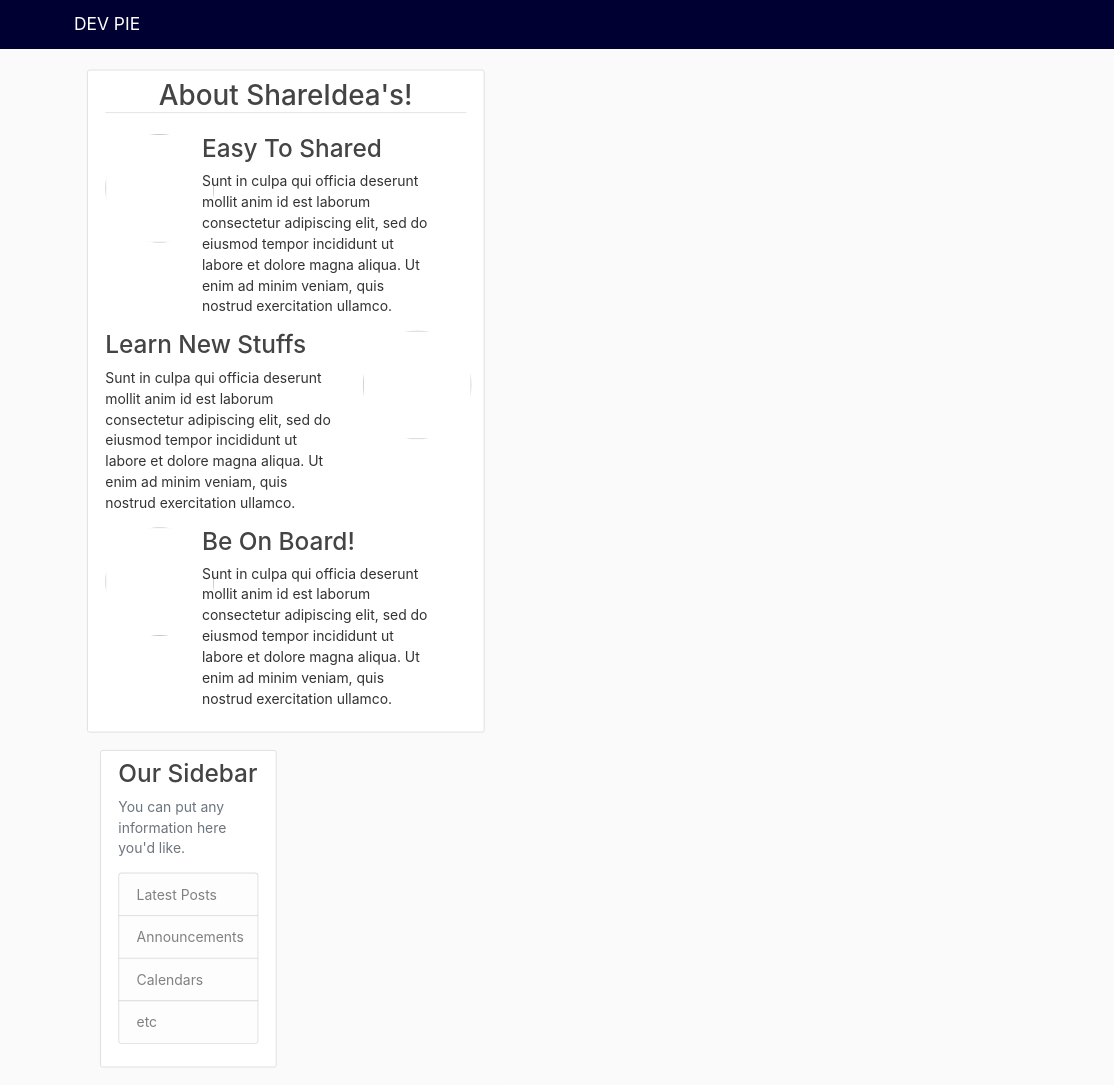
Repository: marstangg/Digitalblog
Page: http://localhost/about
The author's editor kept a record of every edit. The page is drawn from the files as they stood at one moment, then again after the next edit.
The browser window is 1280 px wide. The pictures show the whole page, at 87% of full size.
Some web libraries are served in a nearby version. The page is served by the project's application, run on Flask 3 (flaskblog/__init__.py). Other server files are loaded and not shown.

Above is the page before.
Not found: static/images/board.jpg
Not found: static/images/images.jpg
Not found: static/images/stuffs.jpg

### flaskblog/templates/about.html
{% extends "layout.html" %}
{% block content %}

 <div class="container">
    	<div class="row">
    		<div class="col-md-8">
    			<div class="content-section">
    				<div class="page-header">
    					<h2 class="text-center border-bottom mb-4">About ShareIdea's!</h2>
    				</div>
    				<div class="row">
    					<div class="col-md-3">
    						<img class="rounded-circle account-img" src="{{ url_for('static', filename='images/images.jpg') }}">
    					</div>
    					<div class="col-md-8">
    						<h3>Easy To Shared</h3>
    						<p>
    							Sunt in culpa qui officia deserunt mollit anim id est laborum consectetur adipiscing elit, sed do eiusmod tempor incididunt ut labore et dolore magna aliqua. Ut enim ad minim veniam, quis nostrud exercitation ullamco.
    						</p>
    					</div>
    				</div>

    				<div class="row">
    					<div class="col-md-8">
    						<h3>Learn New Stuffs</h3>
    						<p>
    							Sunt in culpa qui officia deserunt mollit anim id est laborum consectetur adipiscing elit, sed do eiusmod tempor incididunt ut labore et dolore magna aliqua. Ut enim ad minim veniam, quis nostrud exercitation ullamco.
    						</p>
    					</div>
    					<div class="col-md-3">
    						<img class="rounded-circle account-img" src="{{ url_for('static', filename='images/stuffs.jpg') }}">
    					</div>
    				</div>

    				<div class="row">
    					<div class="col-md-3">
    						<img class="rounded-circle account-img" src="{{ url_for('static', filename='images/board.jpg') }}">
    					</div>
    					<div class="col-md-8">
    						<h3>Be On Board!</h3>
    						<p>
    							Sunt in culpa qui officia deserunt mollit anim id est laborum consectetur adipiscing elit, sed do eiusmod tempor incididunt ut labore et dolore magna aliqua. Ut enim ad minim veniam, quis nostrud exercitation ullamco.
    						</p>
    					</div>
    				</div>
    			</div>
    		</div>

{% endblock content %}

### flaskblog/templates/layout.html
<!DOCTYPE html>
<html>
<head>
    <!-- Required meta tags -->
    <meta charset="utf-8">
    <meta name="viewport" content="width=device-width, initial-scale=1, shrink-to-fit=no">

    <!-- Bootstrap CSS -->
    <link rel="stylesheet" href="https://maxcdn.bootstrapcdn.com/bootstrap/4.0.0/css/bootstrap.min.css" integrity="sha384-Gn5384xqQ1aoWXA+058RXPxPg6fy4IWvTNh0E263XmFcJlSAwiGgFAW/dAiS6JXm" crossorigin="anonymous">

    <link rel="stylesheet" type="text/css" href="{{ url_for('static', filename='main.css') }}">

    {% if title %}
        <title>Flask Blog - {{ title }}</title>
    {% else %}
        <title>Flask Blog</title>
    {% endif %}
</head>
<body>
    <header class="site-header">
      <nav class="navbar navbar-expand-md navbar-dark bg-steel fixed-top">
        <div class="container">
          <a class="navbar-brand mr-4" href="/"> DEV PIE </a>
          <button class="navbar-toggler" type="button" data-toggle="collapse" data-target="#navbarToggle" aria-controls="navbarToggle" aria-expanded="false" aria-label="Toggle navigation">
            <span class="navbar-toggler-icon"></span>
          </button>
          <div class="collapse navbar-collapse" id="navbarToggle">
            <div class="navbar-nav mr-auto">
              <a class="nav-item nav-link" href="{{ url_for('home') }}">Home</a>
              <a class="nav-item nav-link" href="{{ url_for('about') }}">About</a>
            </div>
            <!-- Navbar Right Side -->
            <div class="navbar-nav">
              {% if current_user.is_authenticated %}
                <a class="nav-item nav-link" href="{{ url_for('new_post') }}">New Post</a>
                <a class="nav-item nav-link" href="{{ url_for('account') }}">Account</a>
                <a class="nav-item nav-link" href="{{ url_for('logout') }}">Logout</a>
              {% else %}
                <a class="nav-item nav-link" href="{{ url_for('login') }}">Login</a>
                <a class="nav-item nav-link" href="{{ url_for('register') }}">Register</a>
              {% endif %}
            </div>
          </div>
        </div>
      </nav>
    </header>
    <main role="main" class="container">
      <div class="row">
        <div class="col-md-8">
          {% with messages = get_flashed_messages(with_categories=true) %}
            {% if messages %}
              {% for category, message in messages %}
                <div class="alert alert-{{ category }}">
                  {{ message }}
                </div>
              {% endfor %}
            {% endif %}
          {% endwith %}
          {% block content %}{% endblock %}
        </div>
        <div class="col-md-4">
          <div class="content-section">
            <h3>Our Sidebar</h3>
            <p class='text-muted'>You can put any information here you'd like.
              <ul class="list-group">
                <li class="list-group-item list-group-item-light">Latest Posts</li>
                <li class="list-group-item list-group-item-light">Announcements</li>
                <li class="list-group-item list-group-item-light">Calendars</li>
                <li class="list-group-item list-group-item-light">etc</li>
              </ul>
            </p>
          </div>
        </div>
      </div>
    </main>


    <!-- Optional JavaScript -->
    <!-- jQuery first, then Popper.js, then Bootstrap JS -->
    <script src="https://code.jquery.com/jquery-3.2.1.slim.min.js" integrity="sha384-KJ3o2DKtIkvYIK3UENzmM7KCkRr/rE9/Qpg6aAZGJwFDMVNA/GpGFF93hXpG5KkN" crossorigin="anonymous"></script>
    <script src="https://cdnjs.cloudflare.com/ajax/libs/popper.js/1.12.9/umd/popper.min.js" integrity="sha384-ApNbgh9B+Y1QKtv3Rn7W3mgPxhU9K/ScQsAP7hUibX39j7fakFPskvXusvfa0b4Q" crossorigin="anonymous"></script>
    <script src="https://maxcdn.bootstrapcdn.com/bootstrap/4.0.0/js/bootstrap.min.js" integrity="sha384-JZR6Spejh4U02d8jOt6vLEHfe/JQGiRRSQQxSfFWpi1MquVdAyjUar5+76PVCmYl" crossorigin="anonymous"></script>
</body>
</html>

### flaskblog/routes.py
import os
import secrets
from PIL import Image
from flask import render_template, url_for, flash, redirect, request, abort
from flaskblog import app, db, bcrypt
from flaskblog.forms import RegistrationForm, LoginForm, UpdateAccountForm, PostForm
from flaskblog.models import User, Post
from flask_login import login_user, current_user, logout_user, login_required


@app.route("/")
@app.route("/home")
def home():
    posts = Post.query.all()
    return render_template('home.html', posts=posts)


@app.route("/about")
def about():
    return render_template('about.html', title='About')


@app.route("/register", methods=['GET', 'POST'])
def register():
    if current_user.is_authenticated:
        return redirect(url_for('home'))
    form = RegistrationForm()
    if form.validate_on_submit():
        hashed_password = bcrypt.generate_password_hash(form.password.data).decode('utf-8')
        user = User(username=form.username.data, email=form.email.data, password=hashed_password)
        db.session.add(user)
        db.session.commit()
        flash('Your account has been created! You are now able to log in', 'success')
        return redirect(url_for('login'))
    return render_template('register.html', title='Register', form=form)


@app.route("/login", methods=['GET', 'POST'])
def login():
    if current_user.is_authenticated:
        return redirect(url_for('home'))
    form = LoginForm()
    if form.validate_on_submit():
        user = User.query.filter_by(email=form.email.data).first()
        if user and bcrypt.check_password_hash(user.password, form.password.data):
            login_user(user, remember=form.remember.data)
            next_page = request.args.get('next')
            return redirect(next_page) if next_page else redirect(url_for('home'))
        else:
            flash('Login Unsuccessful. Please check email and password', 'danger')
    return render_template('login.html', title='Login', form=form)


@app.route("/logout")
def logout():
    logout_user()
    return redirect(url_for('home'))


def save_picture(form_picture):
    random_hex = secrets.token_hex(8)
    _, f_ext = os.path.splitext(form_picture.filename)
    picture_fn = random_hex + f_ext
    picture_path = os.path.join(app.root_path, 'static/profile_pics', picture_fn)

    output_size = (125, 125)
    i = Image.open(form_picture)
    i.thumbnail(output_size)
    i.save(picture_path)

    return picture_fn


@app.route("/account", methods=['GET', 'POST'])
@login_required
def account():
    form = UpdateAccountForm()
    if form.validate_on_submit():
        if form.picture.data:
            picture_file = save_picture(form.picture.data)
            current_user.image_file = picture_file
        current_user.username = form.username.data
        current_user.email = form.email.data
        db.session.commit()
        flash('Your account has been updated!', 'success')
        return redirect(url_for('account'))
    elif request.method == 'GET':
        form.username.data = current_user.username
        form.email.data = current_user.email
    image_file = url_for('static', filename='profile_pics/' + current_user.image_file)
    return render_template('account.html', title='Account',
                           image_file=image_file, form=form)


@app.route("/post/new", methods=['GET', 'POST'])
@login_required
def new_post():
    form = PostForm()
    if form.validate_on_submit():
        post = Post(title=form.title.data, content=form.content.data, author=current_user)
        db.session.add(post)
        db.session.commit()
        flash('Your post has been created!', 'success')
        return redirect(url_for('home'))
    return render_template('create_post.html', title='New Post',
                           form=form, legend='New Post')


@app.route("/post/<int:post_id>")
def post(post_id):
    post = Post.query.get_or_404(post_id)
    return render_template('post.html', title=post.title, post=post)


@app.route("/post/<int:post_id>/update", methods=['GET', 'POST'])
@login_required
def update_post(post_id):
    post = Post.query.get_or_404(post_id)
    if post.author != current_user:
        abort(403)
    form = PostForm()
    if form.validate_on_submit():
        post.title = form.title.data
        post.content = form.content.data
        db.session.commit()
        flash('Your post has been updated!', 'success')
        return redirect(url_for('post', post_id=post.id))
    elif request.method == 'GET':
        form.title.data = post.title
        form.content.data = post.content
    return render_template('create_post.html', title='Update Post',
                           form=form, legend='Update Post')


@app.route("/post/<int:post_id>/delete", methods=['POST'])
@login_required
def delete_post(post_id):
    post = Post.query.get_or_404(post_id)
    if post.author != current_user:
        abort(403)
    db.session.delete(post)
    db.session.commit()
    flash('Your post has been deleted!', 'success')
    return redirect(url_for('home'))

### flaskblog/__init__.py
from flask import Flask
from flask_sqlalchemy import SQLAlchemy
from flask_bcrypt import Bcrypt
from flask_login import LoginManager

app = Flask(__name__)
app.config['SECRET_KEY'] = '37d9b26f4a0cda72818c4c6d4e3a9641'
app.config['SQLALCHEMY_DATABASE_URI'] = 'sqlite:///site.db'
db = SQLAlchemy(app)
bcrypt = Bcrypt(app)
login_manager = LoginManager(app)
login_manager.login_view = 'login'
login_manager.login_message_category = 'info'

from flaskblog import routes

### flaskblog/static/main.css
body {
  background: #fafafa;
  color: #333333;
  margin-top: 5rem;
}

h1, h2, h3, h4, h5, h6 {
  color: #444444;
}

.bg-steel {
  background-color: #000033;
}

.site-header .navbar-nav .nav-link {
  color: #000033;
}

.site-header .navbar-nav .nav-link:hover {
  color: #ffffff;
}

.site-header .navbar-nav .nav-link.active {
  font-weight: 500;
}

.content-section {
  background: #ffffff;
  padding: 10px 20px;
  border: 1px solid #dddddd;
  border-radius: 3px;
  margin-bottom: 20px;
}

.article-title {
  color: #444444;
}

a.article-title:hover {
  color: #428bca;
  text-decoration: none;
}

.article-content {
  white-space: pre-line;
}

.article-img {
  height: 65px;
  width: 65px;
  margin-right: 16px;
}

.article-metadata {
  padding-bottom: 1px;
  margin-bottom: 4px;
  border-bottom: 1px solid #e3e3e3
}

.article-metadata a:hover {
  color: #333;
  text-decoration: none;
}

.article-svg {
  width: 25px;
  height: 25px;
  vertical-align: middle;
}

.account-img {
  height: 125px;
  width: 125px;
  margin-right: 20px;
  margin-bottom: 16px;
}

.account-heading {
  font-size: 2.5rem;
}

After the next edit:
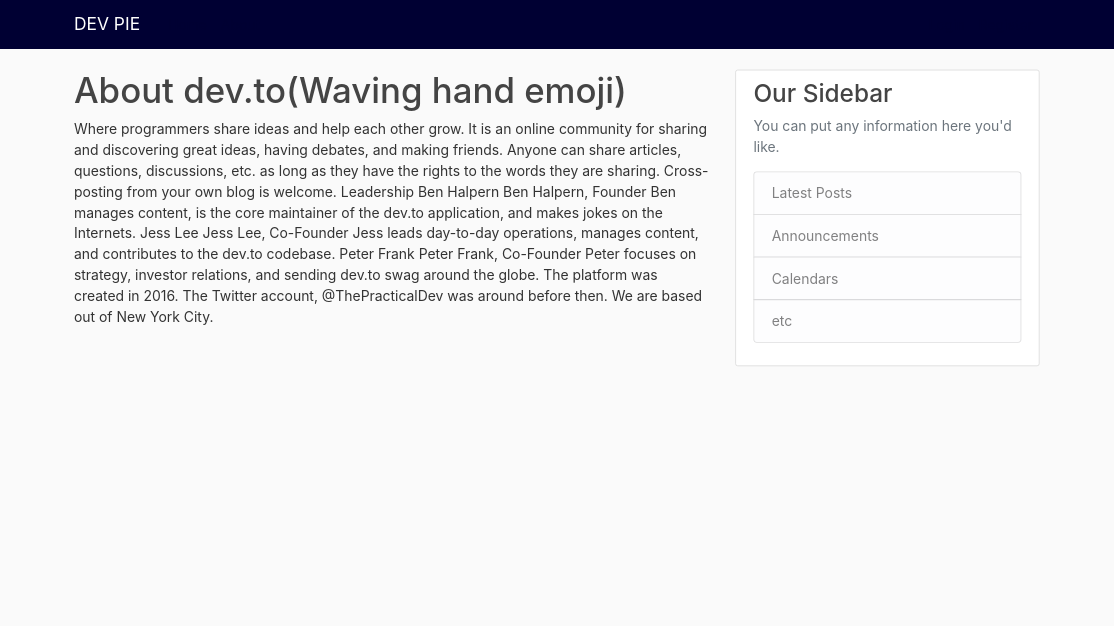
The edit:
--- a/flaskblog/templates/about.html
+++ b/flaskblog/templates/about.html
@@ -1,49 +1,20 @@
 {% extends "layout.html" %}
 {% block content %}
 
- <div class="container">
-    	<div class="row">
-    		<div class="col-md-8">
-    			<div class="content-section">
-    				<div class="page-header">
-    					<h2 class="text-center border-bottom mb-4">About ShareIdea's!</h2>
-    				</div>
-    				<div class="row">
-    					<div class="col-md-3">
-    						<img class="rounded-circle account-img" src="{{ url_for('static', filename='images/images.jpg') }}">
-    					</div>
-    					<div class="col-md-8">
-    						<h3>Easy To Shared</h3>
-    						<p>
-    							Sunt in culpa qui officia deserunt mollit anim id est laborum consectetur adipiscing elit, sed do eiusmod tempor incididunt ut labore et dolore magna aliqua. Ut enim ad minim veniam, quis nostrud exercitation ullamco.
-    						</p>
-    					</div>
-    				</div>
+<h1>About dev.to(Waving hand emoji) </h1>
+Where programmers share ideas and help each other grow. It is an online community for sharing and discovering great ideas, having debates, and making friends. Anyone can share articles, questions, discussions, etc. as long as they have the rights to the words they are sharing. Cross-posting from your own blog is welcome.
 
-    				<div class="row">
-    					<div class="col-md-8">
-    						<h3>Learn New Stuffs</h3>
-    						<p>
-    							Sunt in culpa qui officia deserunt mollit anim id est laborum consectetur adipiscing elit, sed do eiusmod tempor incididunt ut labore et dolore magna aliqua. Ut enim ad minim veniam, quis nostrud exercitation ullamco.
-    						</p>
-    					</div>
-    					<div class="col-md-3">
-    						<img class="rounded-circle account-img" src="{{ url_for('static', filename='images/stuffs.jpg') }}">
-    					</div>
-    				</div>
+Leadership
+Ben Halpern
+Ben Halpern, Founder
+Ben manages content, is the core maintainer of the dev.to application, and makes jokes on the Internets.
+Jess Lee
+Jess Lee, Co-Founder
+Jess leads day-to-day operations, manages content, and contributes to the dev.to codebase.
+Peter Frank
+Peter Frank, Co-Founder
+Peter focuses on strategy, investor relations, and sending dev.to swag around the globe.
+The platform was created in 2016. The Twitter account, @ThePracticalDev was around before then. We are based out of New York City.</h1>
 
-    				<div class="row">
-    					<div class="col-md-3">
-    						<img class="rounded-circle account-img" src="{{ url_for('static', filename='images/board.jpg') }}">
-    					</div>
-    					<div class="col-md-8">
-    						<h3>Be On Board!</h3>
-    						<p>
-    							Sunt in culpa qui officia deserunt mollit anim id est laborum consectetur adipiscing elit, sed do eiusmod tempor incididunt ut labore et dolore magna aliqua. Ut enim ad minim veniam, quis nostrud exercitation ullamco.
-    						</p>
-    					</div>
-    				</div>
-    			</div>
-    		</div>
 
 {% endblock content %}
